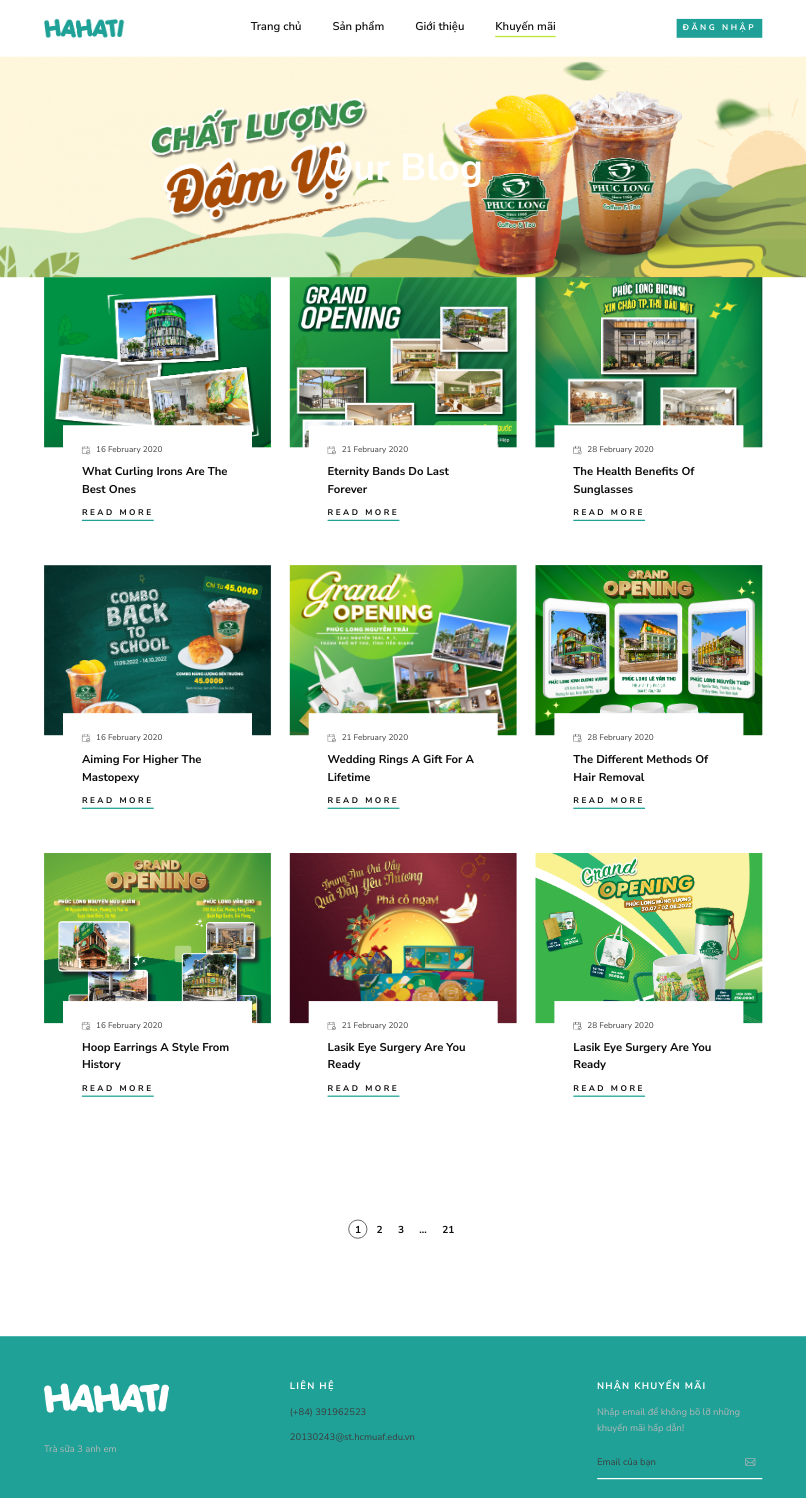
Repository: letrongtinh27/template
Page: blog.html
These files come from the project's save history. The page is drawn as it stood at one moment and after the next save; the edit follows.
The browser window is 1280 px wide. The pictures show the whole page, at 63% of full size.

Above is the page before, as saved 2022-10-25 19:12:30.

### blog.html
<!DOCTYPE html>
<html lang="zxx">
  <head>
    <meta charset="UTF-8" />
    <meta name="description" content="Male_Fashion Template" />
    <meta name="keywords" content="Male_Fashion, unica, creative, html" />
    <meta name="viewport" content="width=device-width, initial-scale=1.0" />
    <meta http-equiv="X-UA-Compatible" content="ie=edge" />
    <title>HAHATI | Tài khoản</title>

    <!-- Google Font -->
    <link
      href="https://fonts.googleapis.com/css2?family=Nunito+Sans:wght@300;400;600;700;800;900&display=swap"
      rel="stylesheet"
    />

    <!-- Css Styles -->
    <link rel="stylesheet" href="css/bootstrap.min.css" type="text/css" />
    <link rel="stylesheet" href="css/font-awesome.min.css" type="text/css" />
    <link
      rel="stylesheet"
      href="https://cdnjs.cloudflare.com/ajax/libs/font-awesome/6.2.0/css/all.min.css"
      integrity="sha512-xh6O/CkQoPOWDdYTDqeRdPCVd1SpvCA9XXcUnZS2FmJNp1coAFzvtCN9BmamE+4aHK8yyUHUSCcJHgXloTyT2A=="
      crossorigin="anonymous"
      referrerpolicy="no-referrer"
    />
    <link rel="stylesheet" href="css/elegant-icons.css" type="text/css" />
    <link rel="stylesheet" href="css/magnific-popup.css" type="text/css" />
    <link rel="stylesheet" href="css/nice-select.css" type="text/css" />
    <link rel="stylesheet" href="css/owl.carousel.min.css" type="text/css" />
    <link rel="stylesheet" href="css/slicknav.min.css" type="text/css" />
    <link rel="stylesheet" href="css/style.css" type="text/css" />
    <link rel="stylesheet" href="css/blog.css">
  </head>

  <body>
    <!-- Page Preloder -->
    <div id="preloder">
      <div class="loader"></div>
    </div>

    <!-- Offcanvas Menu Begin -->
    <div class="offcanvas-menu-overlay"></div>
    <div class="offcanvas-menu-wrapper">
      <div class="offcanvas__option">
        <div class="offcanvas__links">
          <a href="#">Sign in</a>
        </div>
      </div>
      <div class="offcanvas__nav__option">
        <a href="#" class="search-switch"
          ><img src="img/icon/search.png" alt=""
        /></a>
        <a href="#"><img src="img/icon/heart.png" alt="" /></a>
        <a href="#"><img src="img/icon/cart.png" alt="" /> <span>0</span></a>
        <div class="price">$0.00</div>
      </div>
      <div id="mobile-menu-wrap"></div>
    </div>
    <!-- Offcanvas Menu End -->

    <!-- Header Section Begin -->
    <header class="header">
      <div class="container">
        <div class="row">
          <div class="col-lg-3 col-md-3">
            <div class="header__logo">
              <a href="./index.html"
                ><img class="logo-small" src="img/logo.png" alt=""
              /></a>
            </div>
          </div>
          <div class="col-lg-6 col-md-6">
            <nav class="header__menu mobile-menu">
              <ul>
                <li><a href="./index.html">Trang chủ</a></li>
                <li class=""><a href="./shop.html">Sản phẩm</a></li>
                <li class=""><a href="#">Giới thiệu</a></li>
                <li class="active"><a href="./blog.html">Khuyến mãi</a></li>
              </ul>
            </nav>
          </div>
          <div class="col-lg-3 col-md-3">
            <div class="header__nav__option">
              <a href="#" class="primary-btn login-btn">Đăng nhập</a>
            </div>
          </div>
        </div>
        <div class="canvas__open"><i class="fa fa-bars"></i></div>
      </div>
    </header>
    <!-- Header Section End -->

    <!-- Breadcrumb Section Begin -->
    <!-- <section class="breadcrumb-option">
      <div class="container">
        <div class="row">
          <div class="col-lg-12">
            <div class="breadcrumb__text">
              <h4>Tài khoản</h4>
              <div class="breadcrumb__links">
                <a href="./index.html">Trang chủ</a>
                <span>Tài khoản</span>
              </div>
            </div>
          </div>
        </div>
      </div>
    </section> -->
    <section class="breadcrumb-blog set-bg" data-setbg="img/banner-matcha.jpg">
      <div class="container">
          <div class="row">
              <div class="col-lg-12">
                  <h2>Our Blog</h2>
              </div>
          </div>
      </div>
  </section>
    <!-- Breadcrumb Section End -->

    <!-- Shopping Cart Section Begin -->
    <section class="blog">
      <div class="container">
        <div class="row">
            <div class="col-lg-4 col-md-6 col-sm-6">
                <div class="blog__item">
                    <div class="blog__item__pic set-bg" data-setbg="img/blog/blog-1.jpg"></div>
                    <div class="blog__item__text">
                        <span><img src="img/icon/calendar.png" alt=""> 16 February 2020</span>
                        <h5>What Curling Irons Are The Best Ones</h5>
                        <a href="#">Read More</a>
                    </div>
                </div>
            </div>
            <div class="col-lg-4 col-md-6 col-sm-6">
                <div class="blog__item">
                    <div class="blog__item__pic set-bg" data-setbg="img/blog/blog-2.jpg"></div>
                    <div class="blog__item__text">
                        <span><img src="img/icon/calendar.png" alt=""> 21 February 2020</span>
                        <h5>Eternity Bands Do Last Forever</h5>
                        <a href="#">Read More</a>
                    </div>
                </div>
            </div>
            <div class="col-lg-4 col-md-6 col-sm-6">
                <div class="blog__item">
                    <div class="blog__item__pic set-bg" data-setbg="img/blog/blog-3.jpg"></div>
                    <div class="blog__item__text">
                        <span><img src="img/icon/calendar.png" alt=""> 28 February 2020</span>
                        <h5>The Health Benefits Of Sunglasses</h5>
                        <a href="#">Read More</a>
                    </div>
                </div>
            </div>
            <div class="col-lg-4 col-md-6 col-sm-6">
                <div class="blog__item">
                    <div class="blog__item__pic set-bg" data-setbg="img/blog/blog-4.jpg"></div>
                    <div class="blog__item__text">
                        <span><img src="img/icon/calendar.png" alt=""> 16 February 2020</span>
                        <h5>Aiming For Higher The Mastopexy</h5>
                        <a href="#">Read More</a>
                    </div>
                </div>
            </div>
            <div class="col-lg-4 col-md-6 col-sm-6">
                <div class="blog__item">
                    <div class="blog__item__pic set-bg" data-setbg="img/blog/blog-5.jpg"></div>
                    <div class="blog__item__text">
                        <span><img src="img/icon/calendar.png" alt=""> 21 February 2020</span>
                        <h5>Wedding Rings A Gift For A Lifetime</h5>
                        <a href="#">Read More</a>
                    </div>
                </div>
            </div>
            <div class="col-lg-4 col-md-6 col-sm-6">
                <div class="blog__item">
                    <div class="blog__item__pic set-bg" data-setbg="img/blog/blog-6.jpg"></div>
                    <div class="blog__item__text">
                        <span><img src="img/icon/calendar.png" alt=""> 28 February 2020</span>
                        <h5>The Different Methods Of Hair Removal</h5>
                        <a href="#">Read More</a>
                    </div>
                </div>
            </div>
            <div class="col-lg-4 col-md-6 col-sm-6">
                <div class="blog__item">
                    <div class="blog__item__pic set-bg" data-setbg="img/blog/blog-7.jpg"></div>
                    <div class="blog__item__text">
                        <span><img src="img/icon/calendar.png" alt=""> 16 February 2020</span>
                        <h5>Hoop Earrings A Style From History</h5>
                        <a href="#">Read More</a>
                    </div>
                </div>
            </div>
            <div class="col-lg-4 col-md-6 col-sm-6">
                <div class="blog__item">
                    <div class="blog__item__pic set-bg" data-setbg="img/blog/blog-8.jpg"></div>
                    <div class="blog__item__text">
                        <span><img src="img/icon/calendar.png" alt=""> 21 February 2020</span>
                        <h5>Lasik Eye Surgery Are You Ready</h5>
                        <a href="#">Read More</a>
                    </div>
                </div>
            </div>
            <div class="col-lg-4 col-md-6 col-sm-6">
                <div class="blog__item">
                    <div class="blog__item__pic set-bg" data-setbg="img/blog/blog-9.jpg"></div>
                    <div class="blog__item__text">
                        <span><img src="img/icon/calendar.png" alt=""> 28 February 2020</span>
                        <h5>Lasik Eye Surgery Are You Ready</h5>
                        <a href="#">Read More</a>
                    </div>
                </div>
            </div>
        </div>
        <div class="row spad">
          <div class="col-lg-12">
              <div class="product__pagination">
                  <a class="active" href="#">1</a>
                  <a href="#">2</a>
                  <a href="#">3</a>
                  <span>...</span>
                  <a href="#">21</a>
              </div>
          </div>
      </div>
    </div>
    </section>
    <footer class="footer">
      <div class="container">
        <div class="row">
          <div class="col-lg-3 col-md-6 col-sm-6">
            <div class="footer__about">
              <div class="footer__logo">
                <a href="#"><img src="img/footer-logo.png" alt="" /></a>
              </div>
              <p>Trà sữa 3 anh em</p>
            </div>
          </div>
          <div class="col-lg-2 offset-lg-1 col-md-3 col-sm-6">
            <div class="footer__widget">
              <h6>Liên hệ</h6>
              <ul>
                <li>
                  <p>(+84) 391962523</p>
                </li>
                <li>
                  <p>20130243@st.hcmuaf.edu.vn</p>
                </li>
              </ul>
            </div>
          </div>
          <div class="col-lg-2 col-md-3 col-sm-6">
            <div class="footer__widget"></div>
          </div>
          <div class="col-lg-3 offset-lg-1 col-md-6 col-sm-6">
            <div class="footer__widget">
              <h6>Nhận khuyến mãi</h6>
              <div class="footer__newslatter">
                <p>Nhập email để không bõ lỡ những khuyến mãi hấp dẫn!</p>
                <form action="#">
                  <input type="text" placeholder="Email của bạn" />
                  <button type="submit">
                    <span class="icon_mail_alt"></span>
                  </button>
                </form>
              </div>
            </div>
          </div>

        </div>
      </div>
    </footer>
    <!-- Footer Section End -->

    <!-- Search Begin -->
    <div class="search-model">
      <div class="h-100 d-flex align-items-center justify-content-center">
        <div class="search-close-switch">+</div>
        <form class="search-model-form">
          <input type="text" id="search-input" placeholder="Search here....." />
        </form>
      </div>
    </div>
    <!-- Search End -->

    <!-- Js Plugins -->
    <script src="js/jquery-3.3.1.min.js"></script>
    <script src="js/jquery.nice-select.min.js"></script>
    <script src="js/jquery.nicescroll.min.js"></script>
    <script src="js/jquery.magnific-popup.min.js"></script>
    <script src="js/jquery.countdown.min.js"></script>
    <script src="js/jquery.slicknav.js"></script>
    <script src="js/mixitup.min.js"></script>
    <script src="js/owl.carousel.min.js"></script>
    <script src="js/main.js"></script>
    <script src="js/account/bootstrap.min.js"></script>
    <script src="assets/js/vendor/jquery-3.5.1.min.js"></script>

  </body>
</html>

### css/blog.css
.breadcrumb-blog {
    background-image: url(img/banner-matcha.jpg);
}

Loaded but not shown: css/bootstrap.min.css (library); css/font-awesome.min.css (library); css/magnific-popup.css (library); css/nice-select.css (common file); css/owl.carousel.min.css (library); css/slicknav.min.css (common file); js/jquery-3.3.1.min.js (library); js/jquery.nice-select.min.js (common file); js/jquery.nicescroll.min.js (library); js/jquery.magnific-popup.min.js (library); js/jquery.countdown.min.js (library); js/jquery.slicknav.js (library); js/mixitup.min.js (library); js/owl.carousel.min.js (library); js/account/bootstrap.min.js (library); assets/js/vendor/jquery-3.5.1.min.js (library); js/main.js (216 lines, source omitted); css/style.css (3856 lines, source omitted); css/elegant-icons.css (1157 lines, source omitted)

After the next save:
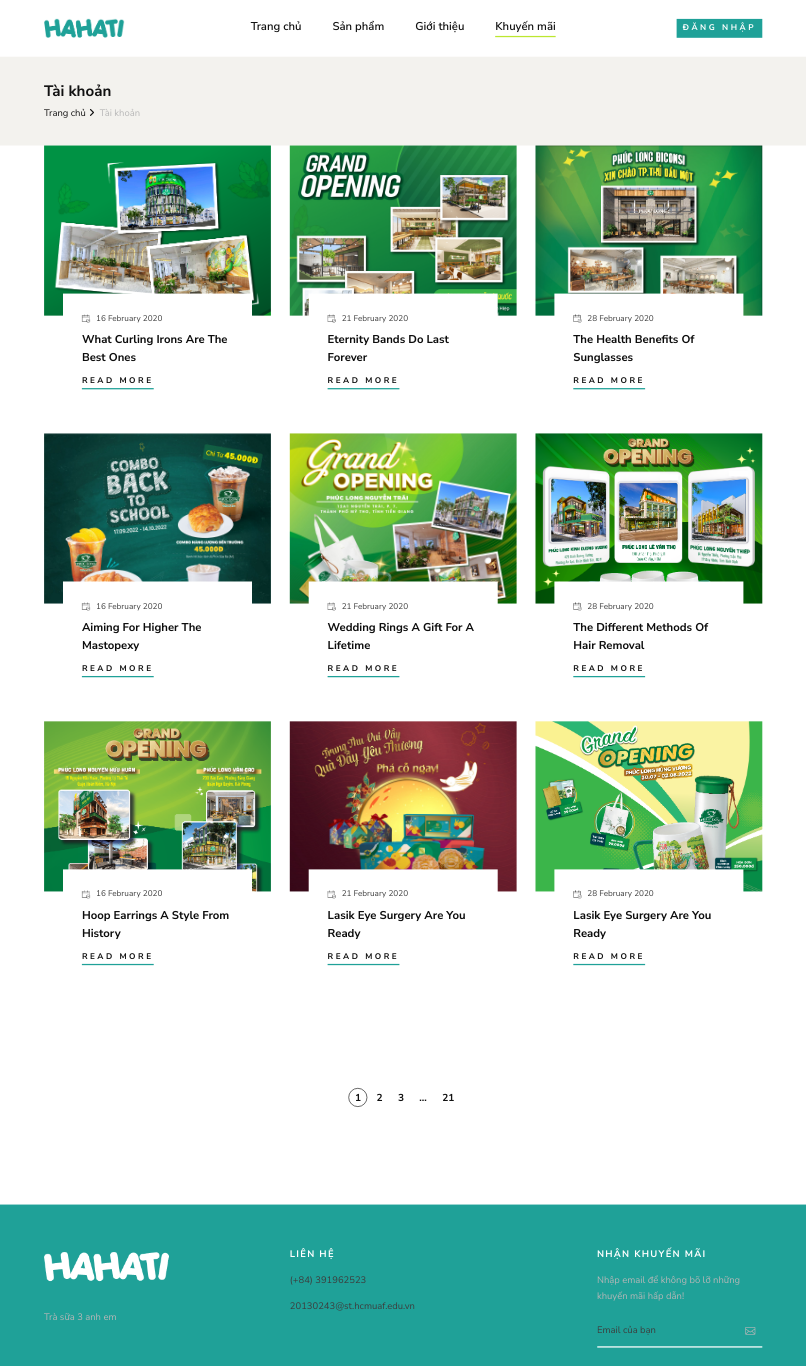
Saved 52 s later.
--- a/blog.html
+++ b/blog.html
@@ -92,7 +92,7 @@
     <!-- Header Section End -->
 
     <!-- Breadcrumb Section Begin -->
-    <!-- <section class="breadcrumb-option">
+    <section class="breadcrumb-option">
       <div class="container">
         <div class="row">
           <div class="col-lg-12">
@@ -106,8 +106,8 @@
           </div>
         </div>
       </div>
-    </section> -->
-    <section class="breadcrumb-blog set-bg" data-setbg="img/banner-matcha.jpg">
+    </section>
+    <!-- <section class="breadcrumb-blog set-bg" data-setbg="img/banner-matcha.jpg">
       <div class="container">
           <div class="row">
               <div class="col-lg-12">
@@ -115,7 +115,7 @@
               </div>
           </div>
       </div>
-  </section>
+  </section> -->
     <!-- Breadcrumb Section End -->
 
     <!-- Shopping Cart Section Begin -->
